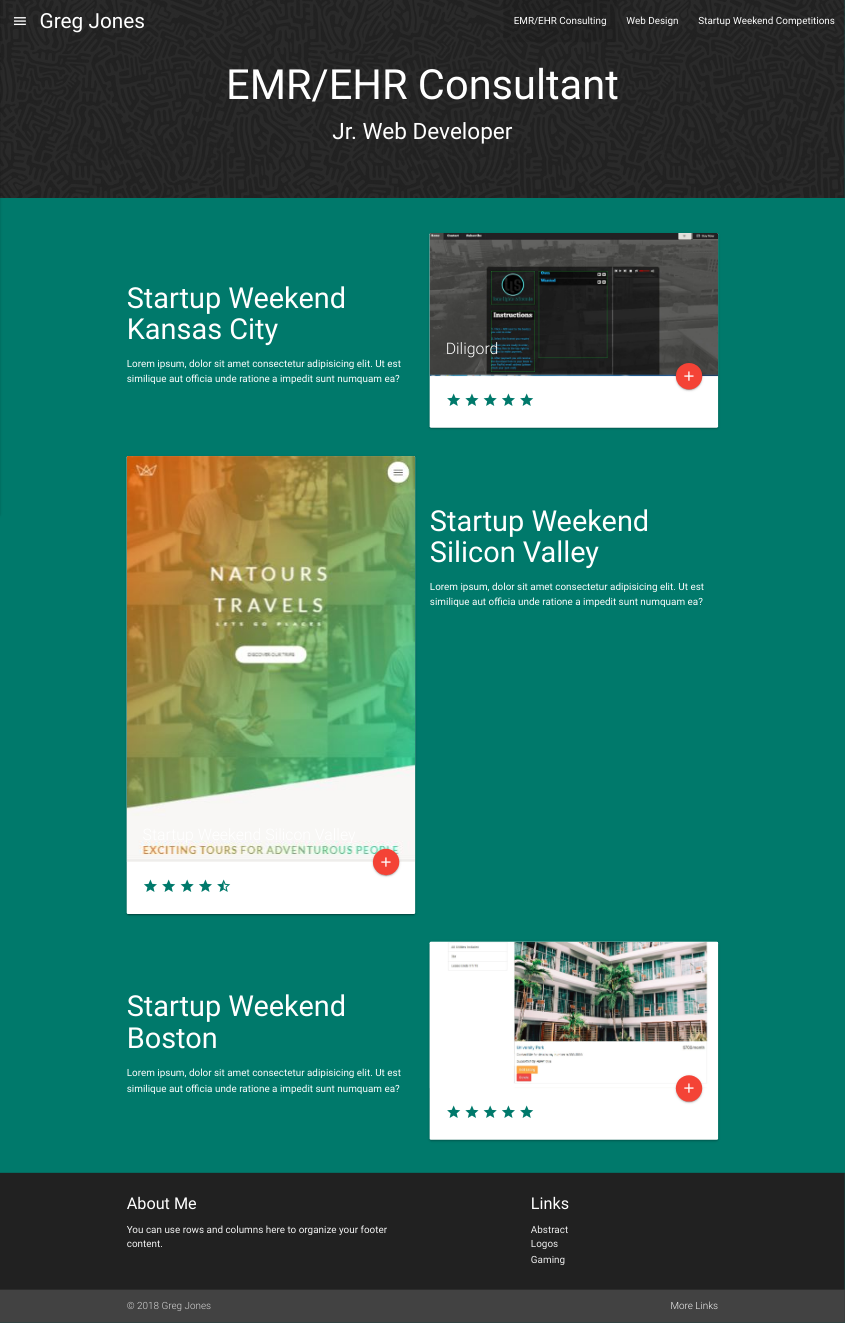
Repository: Greg919617/Existing-Portfolio
Page: sw.html
An editor plug-in stored every save of this project. The page is shown before and after the next save, followed by the edit.
The browser window is 1280 px wide. The pictures show the whole page, at 66% of full size.
Some web libraries are served in a nearby version.

Above is the page before, as saved 2018-06-26 17:44:17.

### sw.html
<!DOCTYPE html>
<html>

<head>
  <!--Import Google Icon Font-->
  <link href="https://fonts.googleapis.com/icon?family=Material+Icons" rel="stylesheet">
  <!--Import materialize.css-->
  <link type="text/css" rel="stylesheet" href="css/materialize.min.css" media="screen,projection" />
  <link type="text/css" rel="stylesheet" href="css/main.css" />

  <!--Let browser know website is optimized for mobile-->
  <meta name="viewport" content="width=device-width, initial-scale=1.0" />
  <title>Galappear</title>
</head>

<body>
  <!-- Header -->
  <header class="main-header">
    <nav class="transparent nav-wrapper z-depth-0">
      <div class="nav-wrapper">
        <a href="#" data-activates="mobile-nav" class="button-collapse show-on-large">
          <i class="material-icons">menu</i>
        </a>
        <a href="index.html" class="brand-logo">Greg Jones</a>
        <ul class="right hide-on-med-and-down">
          <li class="active">
            <a href="index.html">EMR/EHR Consulting</a>
          </li>
          <li>
            <a href="web-design.html">Web Design</a>
          </li>
          <li>
            <a href="sw.html">Startup Weekend Competitions</a>
          </li>
        </ul>
      </div>
      <ul class="side-nav" id="mobile-nav">
        <li>
          <a href="index.html">EMR/EHR Consulting</a>
        </li>
        <li>
          <a href="web-design.html">Web Design</a>
        </li>
        <li>
          <a href="sw.html">Startup Weekend Competitions</a>
        </li>
      </ul>
    </nav>
    <h1 class="center">EMR/EHR Consultant</h1>
    <h4 class="center">Jr. Web Developer</h4>
  </header>

  <!-- Section: Main -->
  <section class="section section-main">
    <div class="container">
      <!-- Row 1 -->
      <div class="row row-1">
        <div class="col m6 hide-on-small-only">
          <div class="img-content">
            <h3>Startup Weekend Kansas City</h3>
            Lorem ipsum, dolor sit amet consectetur adipisicing elit. Ut est similique aut officia unde ratione a impedit sunt numquam
            ea?
          </div>
        </div>
        <div class="col m6">
          <div class="card">
            <div class="card-image">
              <img src="img/gallery/kleehomepage.jpg" alt="">
              <span class="card-title">Diligord</span>
              <a href="#abstract1" class="btn-floating halfway-fab waves-effect waves-light red modal-trigger">
                <i class="material-icons">add</i>
              </a>
            </div>
            <div class="card-content">
              <p>
                <i class="material-icons">star</i>
                <i class="material-icons">star</i>
                <i class="material-icons">star</i>
                <i class="material-icons">star</i>
                <i class="material-icons">star</i>
              </p>
            </div>
          </div>
        </div>
      </div>

      <!-- Row 2 -->
      <div class="row row-2">
        <div class="col m6">
          <div class="card">
            <div class="card-image">
              <img src="img/gallery/natoursheaderfinal.jpg" alt="">
              <span class="card-title">Startup Weekend Silicon Valley</span>
              <a href="#abstract2" class="btn-floating halfway-fab waves-effect waves-light red modal-trigger">
                <i class="material-icons">add</i>
              </a>
            </div>
            <div class="card-content">
              <p>
                <i class="material-icons">star</i>
                <i class="material-icons">star</i>
                <i class="material-icons">star</i>
                <i class="material-icons">star</i>
                <i class="material-icons">star_half</i>
              </p>
            </div>
          </div>
        </div>
        <div class="col m6 hide-on-small-only">
          <div class="img-content">
            <h3>Startup Weekend Silicon Valley</h3>
            Lorem ipsum, dolor sit amet consectetur adipisicing elit. Ut est similique aut officia unde ratione a impedit sunt numquam
            ea?
          </div>
        </div>
      </div>

      <!-- Row 3 -->
      <div class="row row-3">
        <div class="col m6 hide-on-small-only">
          <div class="img-content">
            <h3>Startup Weekend Boston</h3>
            Lorem ipsum, dolor sit amet consectetur adipisicing elit. Ut est similique aut officia unde ratione a impedit sunt numquam
            ea?
          </div>
        </div>
        <div class="col m6">
          <div class="card">
            <div class="card-image">
              <img src="img/gallery/apartment.jpg" alt="">
              <span class="card-title">Recogged</span>
              <a href="#abstract3" class="btn-floating halfway-fab waves-effect waves-light red modal-trigger">
                <i class="material-icons">add</i>
              </a>
            </div>
            <div class="card-content">
              <p>
                <i class="material-icons">star</i>
                <i class="material-icons">star</i>
                <i class="material-icons">star</i>
                <i class="material-icons">star</i>
                <i class="material-icons">star</i>
              </p>
            </div>
          </div>
        </div>
      </div>
    </div>
  </section>

  <!-- Footer -->
  <footer class="page-footer">
    <div class="container">
      <div class="row">
        <div class="col l6 s12">
          <h5 class="white-text">About Me</h5>
          <p class="grey-text text-lighten-4">You can use rows and columns here to organize your footer content.</p>
        </div>
        <div class="col l4 offset-l2 s12">
          <h5 class="white-text">Links</h5>
          <ul>
            <li>
              <a class="grey-text text-lighten-3" href="index.html">Abstract</a>
            </li>
            <li>
              <a class="grey-text text-lighten-3" href="logos.html">Logos</a>
            </li>
            <li>
              <a class="grey-text text-lighten-3" href="gaming.html">Gaming</a>
            </li>

          </ul>
        </div>
      </div>
    </div>
    <div class="footer-copyright">
      <div class="container">
        © 2018 Greg Jones
        <a class="grey-text text-lighten-4 right" href="#!">More Links</a>
      </div>
    </div>
  </footer>

  <!-- Modal 1 -->
  <div id="gaming1" class="modal">
    <div class="modal-content">
      <h4>Clossyo</h4>
      <img src="img/gallery/gaming1.jpg" alt="" class="responsive-img"> Lorem ipsum dolor sit amet consectetur adipisicing elit. Ipsum deleniti animi laboriosam, quisquam minus recusandae
      saepe delectus maxime a reiciendis!
    </div>
    <div class="modal-footer">
      <p>
        <i class="material-icons">star</i>
        <i class="material-icons">star</i>
        <i class="material-icons">star</i>
        <i class="material-icons">star</i>
        <i class="material-icons">star_half</i>
      </p>
    </div>
  </div>

  <!-- Modal 2 -->
  <div id="gaming2" class="modal">
    <div class="modal-content">
      <h4>Voyflen</h4>
      <img src="img/gallery/gaming2.jpg" alt="" class="responsive-img"> Lorem ipsum dolor sit amet consectetur adipisicing elit. Ipsum deleniti animi laboriosam, quisquam minus recusandae
      saepe delectus maxime a reiciendis!
    </div>
    <div class="modal-footer">
      <p>
        <i class="material-icons">star</i>
        <i class="material-icons">star</i>
        <i class="material-icons">star</i>
        <i class="material-icons">star</i>
        <i class="material-icons">star</i>
      </p>
    </div>
  </div>

  <!-- Modal 3 -->
  <div id="gaming3" class="modal">
    <div class="modal-content">
      <h4>Rendann</h4>
      <img src="img/gallery/gaming3.jpg" alt="" class="responsive-img"> Lorem ipsum dolor sit amet consectetur adipisicing elit. Ipsum deleniti animi laboriosam, quisquam minus recusandae
      saepe delectus maxime a reiciendis!
    </div>
    <div class="modal-footer">
      <p>
        <i class="material-icons">star</i>
        <i class="material-icons">star</i>
        <i class="material-icons">star</i>
        <i class="material-icons">star</i>
        <i class="material-icons">star</i>
      </p>
    </div>
  </div>

  <!--Import jQuery before materialize.js-->
  <script type="text/javascript" src="https://code.jquery.com/jquery-3.2.1.min.js"></script>
  <script type="text/javascript" src="js/materialize.min.js"></script>
  <script>
    $(document).ready(function () {
      // Init Sidenav
      $('.button-collapse').sideNav();

      // Init Modal
      $('.modal').modal();

      // Scrollfire
      const options = [
        {
          selector: '.row-1', offset: 50, callback: function (el) {
            Materialize.fadeInImage($(el));
          }
        },
        {
          selector: '.row-2', offset: 300, callback: function (el) {
            Materialize.fadeInImage($(el));
          }
        },
        {
          selector: '.row-3', offset: 400, callback: function (el) {
            Materialize.fadeInImage($(el));
          }
        }
      ];

      Materialize.scrollFire(options);

    });
  </script>
</body>

</html>

Loaded but not shown: css/materialize.min.css (library); css/main.css (library); js/materialize.min.js (library)

After the next save:
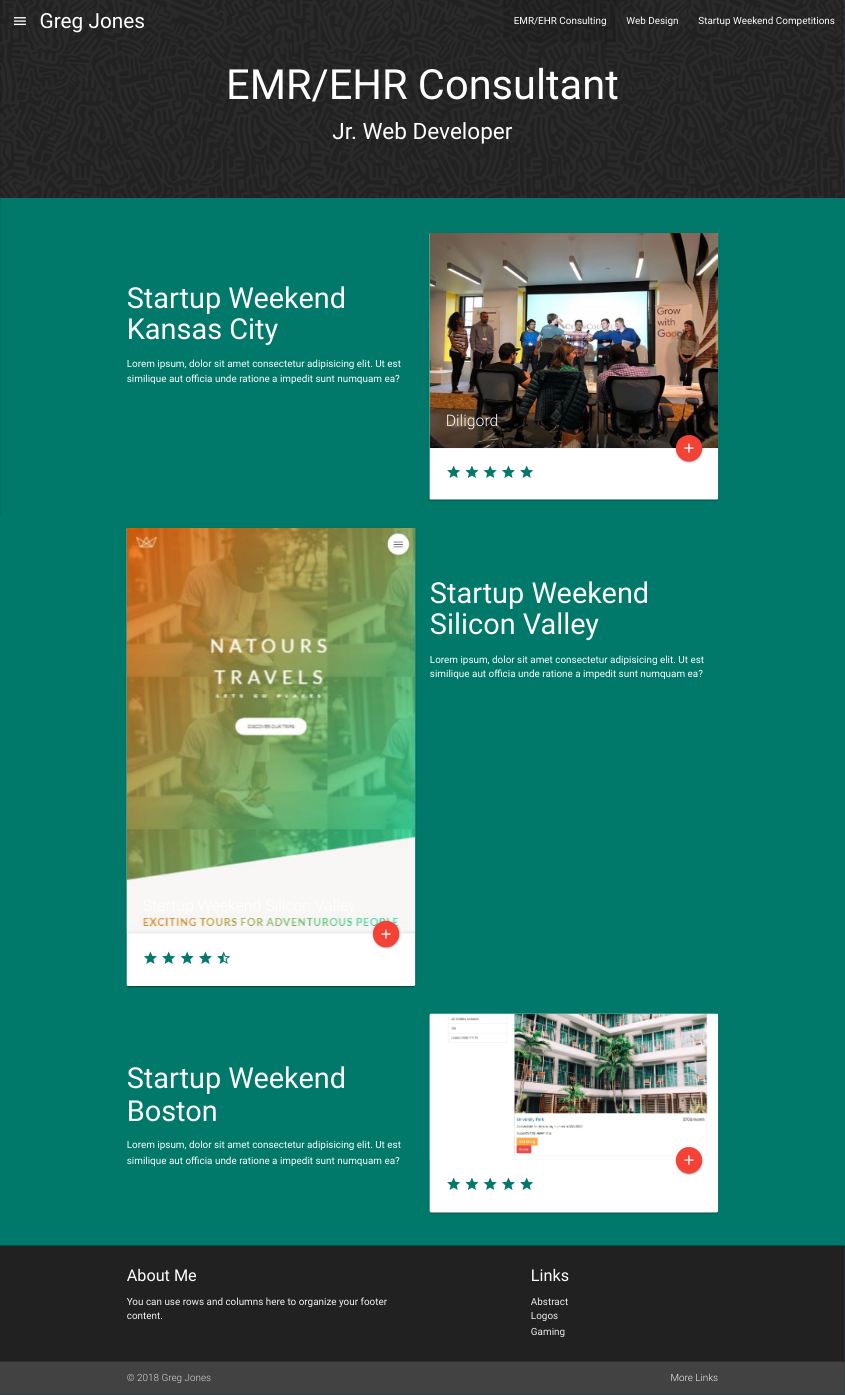
Saved 40 s later.
--- a/sw.html
+++ b/sw.html
@@ -65,7 +65,7 @@
         <div class="col m6">
           <div class="card">
             <div class="card-image">
-              <img src="img/gallery/kleehomepage.jpg" alt="">
+              <img src="img/gallery/pozitiv.jpg" alt="">
               <span class="card-title">Diligord</span>
               <a href="#abstract1" class="btn-floating halfway-fab waves-effect waves-light red modal-trigger">
                 <i class="material-icons">add</i>
